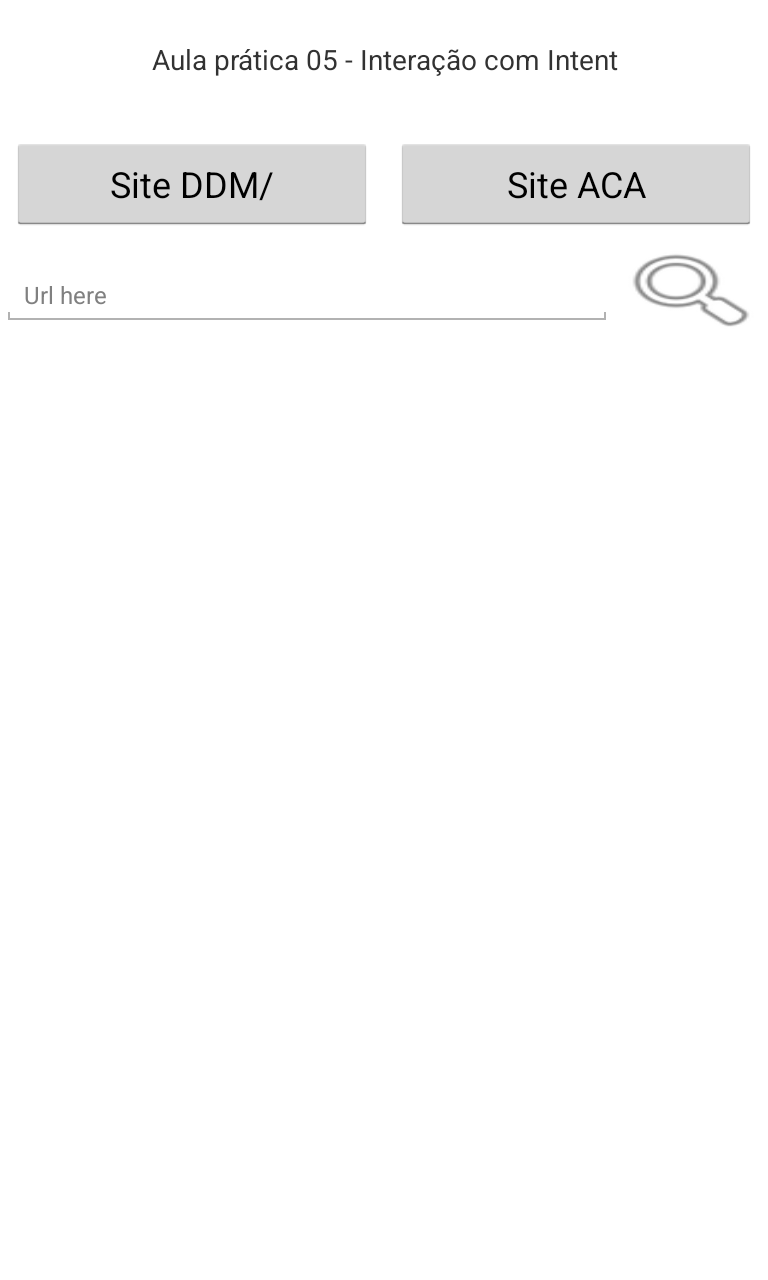
Repository: gokugohan/ddm
Layout: Aulas/res/layout/fragment_aula05.xml
The author's editor kept a copy of each file at every save. The layout is drawn from the files as they stood at one save, then again after the next save.
It is drawn on a 768 x 1280 px phone screen (xhdpi) without system bars, with theme AppTheme; the app's code is not run.

Above is the layout before, as saved 2014-11-03 11:46:44.

After the next save:
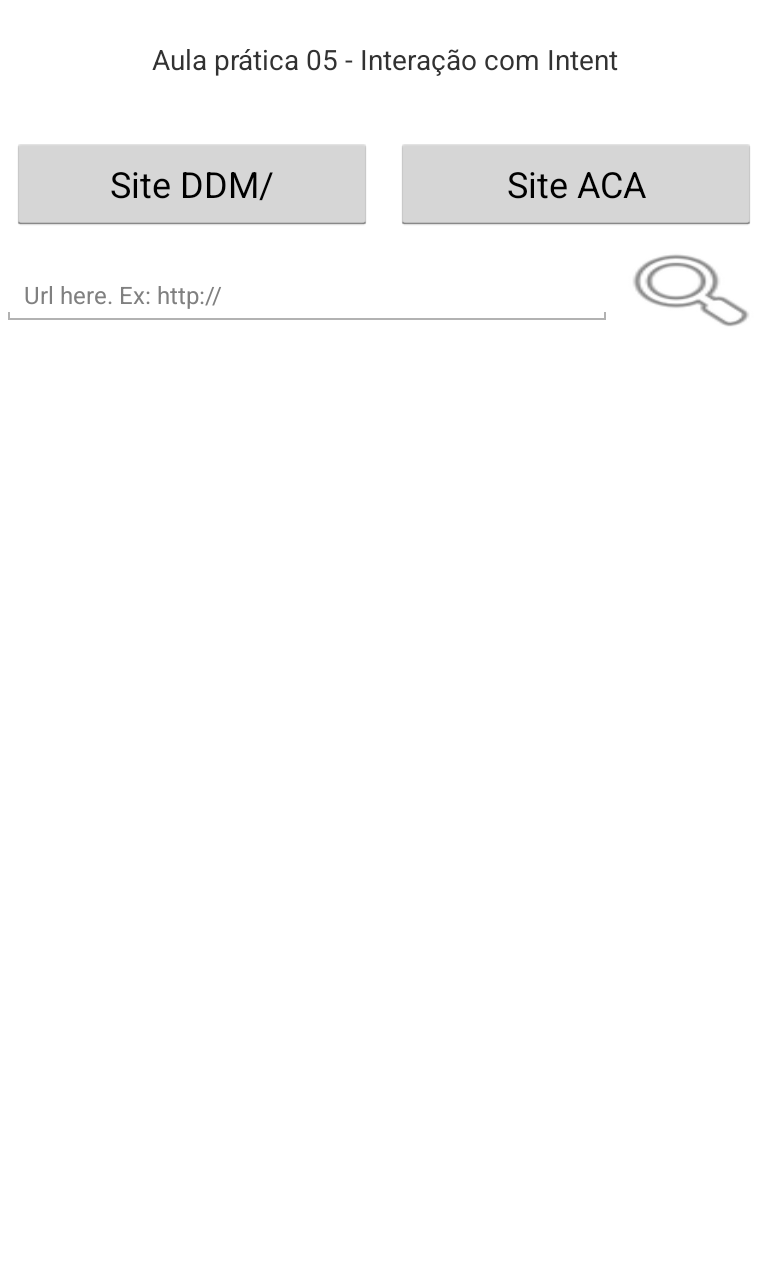
Saved 24 s later.
--- a/Aulas/res/values/strings.xml
+++ b/Aulas/res/values/strings.xml
@@ -61,6 +61,6 @@
     <string name="str_address_site1">http://arturmarques.com/edu/ddm/</string>
     <string name="str_address_site2">http://arturmarques.com/edu/aca/</string>
 
-    <string name="str_hint_url">Url here</string>
+    <string name="str_hint_url">Url here. Ex: http://</string>
 
 </resources>
